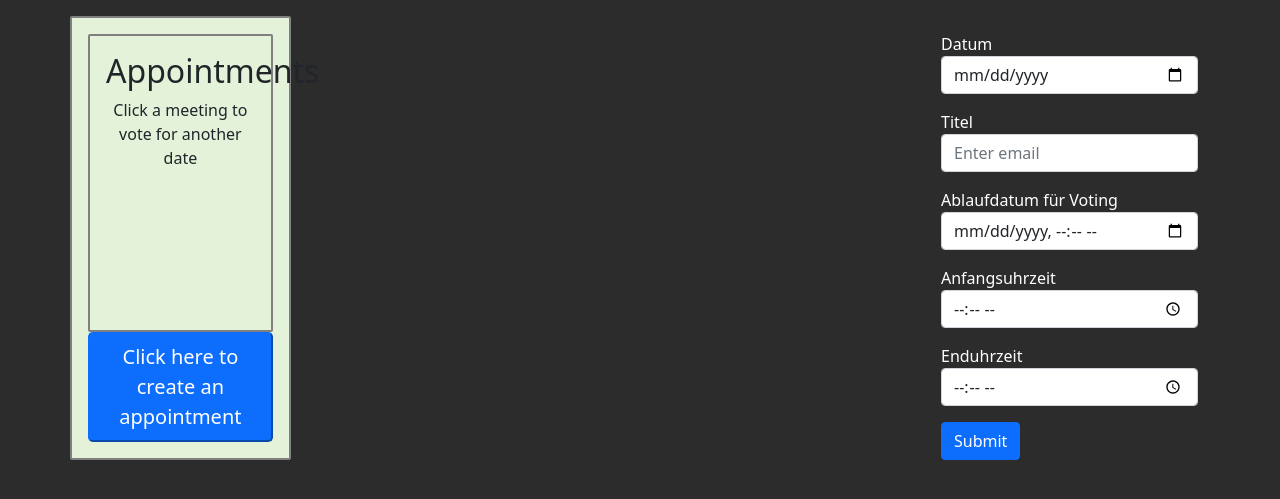
Repository: wlichon/Semesterprojekt
Page: index.html
An editor plug-in stored every save of this project. The page is shown before and after the next save, followed by the edit.
The browser window is 1280 px wide. The pictures show the whole page.
The page's requests for data from a server got no answer. Some web libraries are served in a nearby version.

Above is the page before, as saved 2022-04-22 20:50:43.

After the next save:
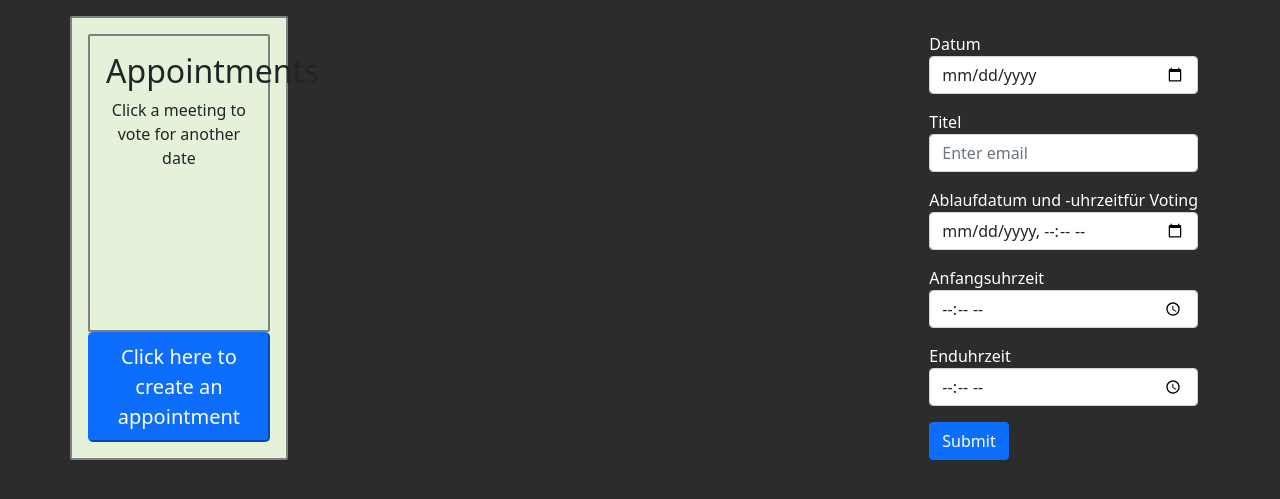
Saved 35 s later.
--- a/index.html
+++ b/index.html
@@ -90,16 +90,16 @@
                 <input type="text" class="form-control" id="exampleInputEmail1" aria-describedby="emailHelp" placeholder="Enter email">
             </div>
               <div class="form-group">
-                <label for="exampleInputEmail1" class ="text-white mt-3">Ablaufdatum für Voting</label>
-                <input type="datetime-local" class="form-control" id="exampleInputEmail1" aria-describedby="emailHelp" placeholder="Enter email">
+                <label for="exampleInputEmail1" class ="text-white mt-3">Ablaufdatum und -uhrzeitfür Voting</label>
+                <input type="datetime-local" class="form-control" id="exampleInputEmail1" aria-describedby="emailHelp">
             </div>
               <div class="form-group">
                 <label for="exampleInputEmail1" class ="text-white mt-3">Anfangsuhrzeit</label>
-                <input type="time" class="form-control" id="exampleInputEmail1" aria-describedby="emailHelp" placeholder="24:00">
+                <input type="time" class="form-control" id="exampleInputEmail1" aria-describedby="emailHelp">
             </div>
               <div class="form-group">
                 <label for="exampleInputEmail1" class ="text-white mt-3">Enduhrzeit</label>
-                <input type="time" class="form-control" id="exampleInputEmail1" aria-describedby="emailHelp" placeholder="Enter email">
+                <input type="time" class="form-control" id="exampleInputEmail1" aria-describedby="emailHelp">
             </div>
             <button type="submit" class="btn btn-primary mt-3">Submit</button>
           </form>
